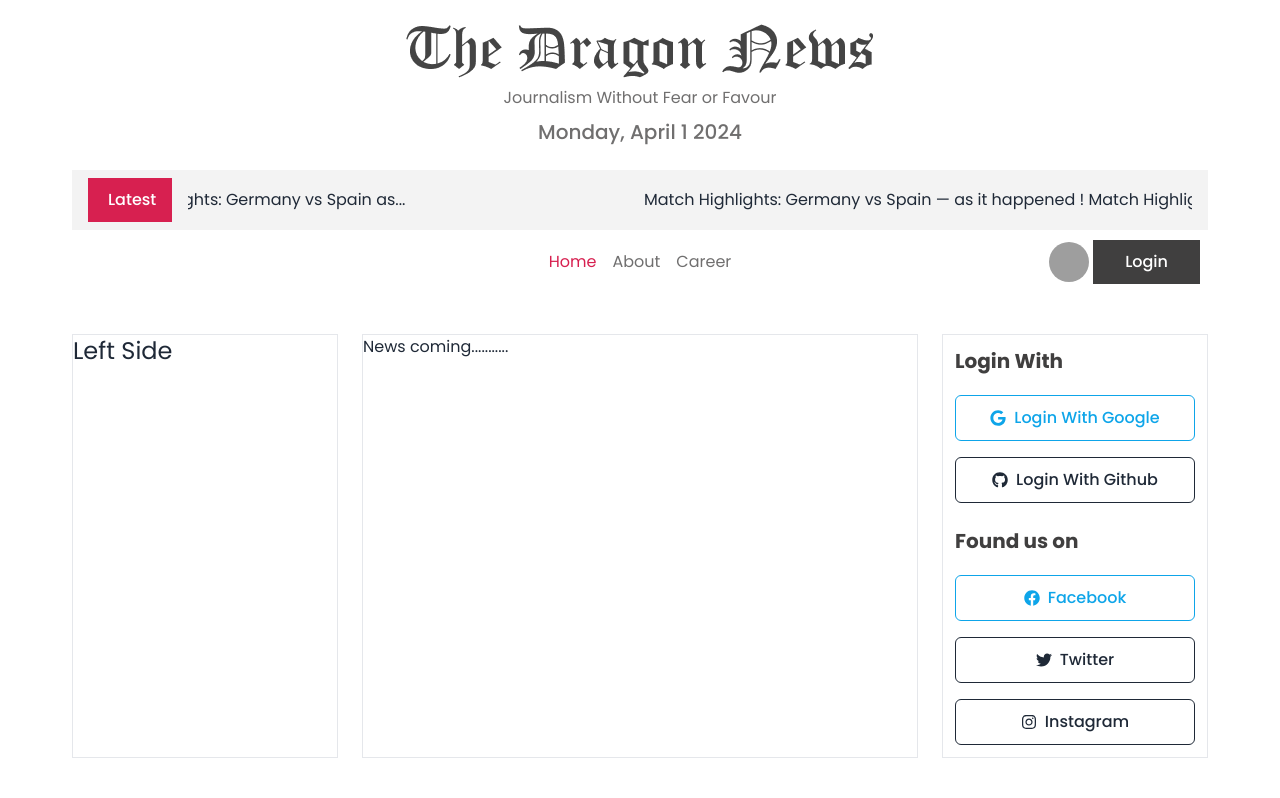
Repository: ShouravAhammed/react-dragon-news-auth
Page: /
These files come from the project's save history. The page is drawn as it stood at one moment and after the next save; the edit follows.
The browser window is 1280 px wide. The pictures show the whole page.
Pictures or frames that could not be fetched are drawn as grey boxes. The project was rebuilt for these pictures with package versions that can differ from the ones it lists, and the page was loaded fresh each time. Also part of the build but not shown: vite.config.js, src/pages/About/About.jsx, src/pages/Career/Career.jsx.

Above is the page before, as saved 2024-04-14 01:39:48.

### src/main.jsx
import React from 'react'
import ReactDOM from 'react-dom/client'
import './index.css'
import { RouterProvider } from 'react-router-dom'
import router from './Routes/Routes.jsx'

ReactDOM.createRoot(document.getElementById('root')).render(
  <React.StrictMode>
    <RouterProvider router={router}/>
  </React.StrictMode>,
)

### src/Routes/Routes.jsx
import Root from "../layout/Root";

import {
    createBrowserRouter,
  } from "react-router-dom";
import Home from "../pages/Home/Home";
import About from "../pages/About/About";
import Career from "../pages/Career/Career";

const router = createBrowserRouter([
    {
        path: '/',
        element: <Root></Root>,
        children: [
            {

                path: '/',
                element: <Home></Home>,
            },
            {

                path: '/about',
                element: <About></About>,
            },
            {

                path: '/career',
                element: <Career></Career>,
            },

        ]
    }
])

export default router;

### src/layout/Root.jsx
import { Outlet } from "react-router-dom";


const Root = () => {
    return (
        <div className="max-w-6xl mx-auto font-poppins px-2">
            <Outlet></Outlet>
        </div>
    );
};

export default Root;

### src/pages/Home/Home.jsx
import BreakingNews from "../BreakingNews/BreakingNews";
import Header from "../Shared/Header/Header";
import LeftSideNav from "../Shared/LeftSideNav/LeftSideNav";
import Navbar from "../Shared/Navbar/Navbar";
import RightSideNav from "../Shared/RIghtSideNav/RightSideNav";


const Home = () => {
    return (
        <div>
            <Header></Header>
            <BreakingNews></BreakingNews>
            <Navbar></Navbar>
            <div className="grid grid-cols-1 md:grid-cols-4 gap-6 my-10">
                <div className="col-span-1 border">
                    <LeftSideNav></LeftSideNav>
                </div>
                <div className="col-span-2 border">News coming...........</div>
                <div className="col-span-1 border">
                    <RightSideNav></RightSideNav>
                </div>
            </div>
        </div>
    );
};

export default Home;

### src/pages/BreakingNews/BreakingNews.jsx
import Marquee from "react-fast-marquee";
import { Link } from "react-router-dom";

const BreakingNews = () => {
  return (
    <div className="flex items-center gap-4 px-4 py-2 bg-[#F3F3F3]">
      <Link
        to={"/"}
        className="px-5 py-2.5 relative group overflow-hidden font-medium bg-[#D72050] text-white inline-block"
      >
        <span className="absolute top-0 left-0 flex w-full h-0 mb-0 transition-all duration-200 ease-out transform translate-y-0 bg-gray-50 group-hover:h-full"></span>
        <span className="relative group-hover:text-[#D72050]">Latest</span>
      </Link>
      <Marquee pauseOnHover={true} speed={100}>
        <p>
          Match Highlights: Germany vs Spain — as it happened ! Match
          Highlights: Germany vs Spain as...
        </p>
      </Marquee>
    </div>
  );
};

export default BreakingNews;

### src/pages/Shared/Header/Header.jsx

import moment from 'moment';
import logo from '../../../assets/logo.png'
const Header = () => {
    return (
        <div className=' space-y-2 text-center my-6'>
            <img className='mx-auto' src={logo} alt="" />
            <h3 className='text-[#18px] font-normal text-[#706F6F]'>Journalism Without Fear or Favour</h3>
            <p className='text-xl text-[#706F6F] font-medium'>{moment().format("dddd, MMMM D YYYY")}</p>
        </div>
    );
};

export default Header;

### src/pages/Shared/LeftSideNav/LeftSideNav.jsx

const LeftSideNav = () => {
    return (
        <div>
            <h3 className='text-2xl'>Left Side</h3>
        </div>
    );
};

export default LeftSideNav;

### src/pages/Shared/Navbar/Navbar.jsx
import { Link, NavLink } from "react-router-dom";
import DefaultUser from '../../../assets/user.png'

const Navbar = () => {

    const navLinks =
    <>
        <li><NavLink to={'/'} className={({isActive}) => isActive ? 'text-[#D72050]' : 'text-[#706F6F]'}>Home</NavLink></li>
        <li><NavLink to={'/about'} className={({isActive}) => isActive ? 'text-[#D72050]' : 'text-[#706F6F]'}>About</NavLink></li>
        <li><NavLink to={'/career'} className={({isActive}) => isActive ? 'text-[#D72050]' : 'text-[#706F6F]'}>Career</NavLink></li>
    </>

    return (
        <div>
            <div className="navbar">
  <div className="navbar-start">
    <div className="dropdown">
      <div tabIndex={0} role="button" className="btn btn-ghost lg:hidden">
        <svg xmlns="http://www.w3.org/2000/svg" className="h-5 w-5" fill="none" viewBox="0 0 24 24" stroke="currentColor"><path strokeLinecap="round" strokeLinejoin="round" strokeWidth="2" d="M4 6h16M4 12h8m-8 6h16" /></svg>
      </div>
      <ul tabIndex={0} className=" menu-sm dropdown-content mt-3 z-[1] p-2 shadow bg-base-100 rounded-box w-52 text-[#706F6F] font-normal text-[18px]">
        {navLinks}
      </ul>
    </div>
  </div>
  <div className="navbar-center hidden lg:flex">
    <ul className="flex justify-center items-center gap-4 menu-horizontal px-1">
      {navLinks}
    </ul>
  </div>
  <div className="navbar-end">
  <div tabIndex={0} role="button" className="btn btn-ghost btn-circle avatar">
        <div className="w-10 rounded-full">
          <img alt="Tailwind CSS Navbar component" src={DefaultUser} />
        </div>
      </div>

  <Link
        className="px-8 py-2.5 relative group overflow-hidden font-medium bg-[#403F3F] text-white inline-block"
      >
        <span className="absolute top-0 left-0 flex w-full h-0 mb-0 transition-all duration-200 ease-out transform translate-y-0 bg-gray-50 group-hover:h-full"></span>
        <span className="relative group-hover:text-[#403F3F]">Login</span>
      </Link>
  </div>
</div>
        </div>
    );
};

export default Navbar;

### src/pages/Shared/RIghtSideNav/RightSideNav.jsx
import BtnLogin from "../../../Components/btnLogin/BtnLogin";


const RightSideNav = () => {
    return (
        <div>
            <BtnLogin></BtnLogin>
        </div>
    );
};

export default RightSideNav;

### src/Components/btnLogin/BtnLogin.jsx
import { FaFacebook, FaGithub, FaGoogle, FaInstagram, FaTwitter } from "react-icons/fa";


const BtnLogin = () => {
    return (
        <div>
            <div className="p-3">
            <h3 className="text-xl font-bold text-[#403F3F]">Login With</h3>
            <div className="mt-5 space-y-4">
            <button
        className="w-full px-8 py-2.5 relative group overflow-hidden font-medium bg-white text-sky-500 inline-block border-sky-500 border rounded-md"
      >
        <span className="absolute top-0 left-0 flex w-full h-0 mb-0 transition-all duration-200 ease-out rounded-md transform translate-y-0 bg-sky-500 group-hover:h-full"></span>
        <div className="flex justify-center items-center gap-2">
        <span className="relative group-hover:text-white"><FaGoogle/></span>
        <span className="relative group-hover:text-white">Login With Google</span>
        </div>
      </button>
            <button
        className="w-full px-8 py-2.5 relative group overflow-hidden font-medium bg-white text-gray-800 inline-block border-gray-800 border rounded-md"
      >
        <span className="absolute top-0 left-0 flex w-full h-0 mb-0 transition-all duration-200 ease-out rounded-md transform translate-y-0 bg-gray-800 group-hover:h-full"></span>
        <div className="flex justify-center items-center gap-2">
        <span className="relative group-hover:text-white"><FaGithub /></span>
        <span className="relative group-hover:text-white">Login With Github</span>
        </div>
      </button>
            </div>
        </div>
            <div className="p-3">
            <h3 className="text-xl font-bold text-[#403F3F]">Found us on</h3>
            <div className="mt-5 space-y-4">
            <button
        className="w-full px-8 py-2.5 relative group overflow-hidden font-medium bg-white text-sky-500 inline-block border-sky-500 border rounded-md"
      >
        <span className="absolute top-0 left-0 flex w-full h-0 mb-0 transition-all duration-200 ease-out rounded-md transform translate-y-0 bg-sky-500 group-hover:h-full"></span>
        <div className="flex justify-center items-center gap-2">
        <span className="relative group-hover:text-white"><FaFacebook/></span>
        <span className="relative group-hover:text-white">Facebook</span>
        </div>
      </button>
            <button
        className="w-full px-8 py-2.5 relative group overflow-hidden font-medium bg-white text-gray-800 inline-block border-gray-800 border rounded-md"
      >
        <span className="absolute top-0 left-0 flex w-full h-0 mb-0 transition-all duration-200 ease-out rounded-md transform translate-y-0 bg-gray-800 group-hover:h-full"></span>
        <div className="flex justify-center items-center gap-2">
        <span className="relative group-hover:text-white"><FaTwitter /></span>
        <span className="relative group-hover:text-white">Twitter</span>
        </div>
      </button>
            <button
        className="w-full px-8 py-2.5 relative group overflow-hidden font-medium bg-white text-gray-800 inline-block border-gray-800 border rounded-md"
      >
        <span className="absolute top-0 left-0 flex w-full h-0 mb-0 transition-all duration-200 ease-out rounded-md transform translate-y-0 bg-gray-800 group-hover:h-full"></span>
        <div className="flex justify-center items-center gap-2">
        <span className="relative group-hover:text-white"><FaInstagram /></span>
        <span className="relative group-hover:text-white">Instagram</span>
        </div>
      </button>
            </div>
        </div>
        </div>
    );
};

export default BtnLogin;

### tailwind.config.js
/** @type {import('tailwindcss').Config} */
export default {
  content: [
    "./index.html",
    "./src/**/*.{js,ts,jsx,tsx}",
  ],
  theme: {
    extend: {
      fontFamily: {
        poppins: '"Poppins", sans-serif;', // Adds a new `font-display` class
      }
    }
  },
  plugins: [require("daisyui")],
}

Loaded but not shown: index.html (common file); src/index.css (common file)

After the next save:
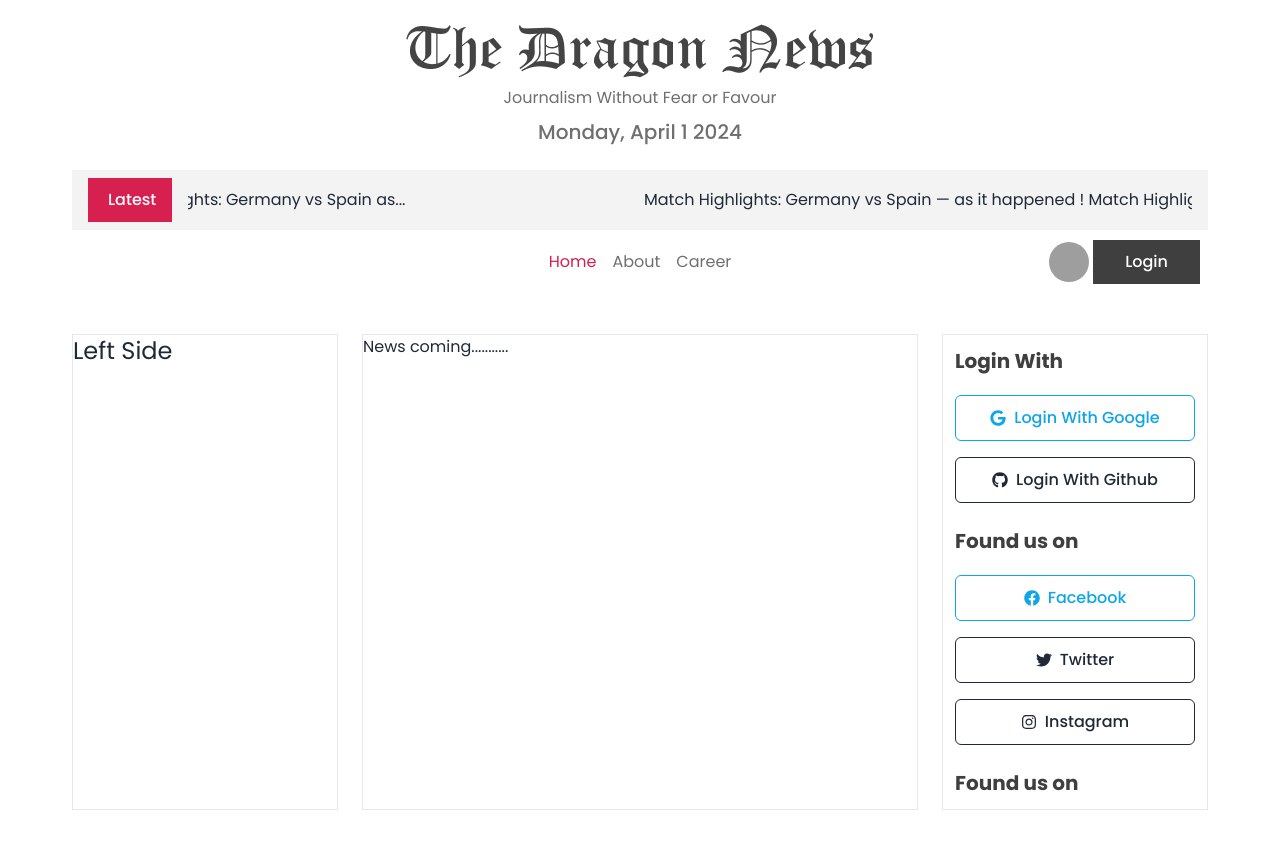
Saved 3 min 25 s later.
--- a/src/Components/btnLogin/BtnLogin.jsx
+++ b/src/Components/btnLogin/BtnLogin.jsx
@@ -59,6 +59,14 @@ const BtnLogin = () => {
       </button>
             </div>
         </div>
+
+        {/* Q zone */}
+
+        <div className="p-3">
+            <h3 className="text-xl font-bold text-[#403F3F]">Found us on</h3>
+
+        </div>
+
         </div>
     );
 };
